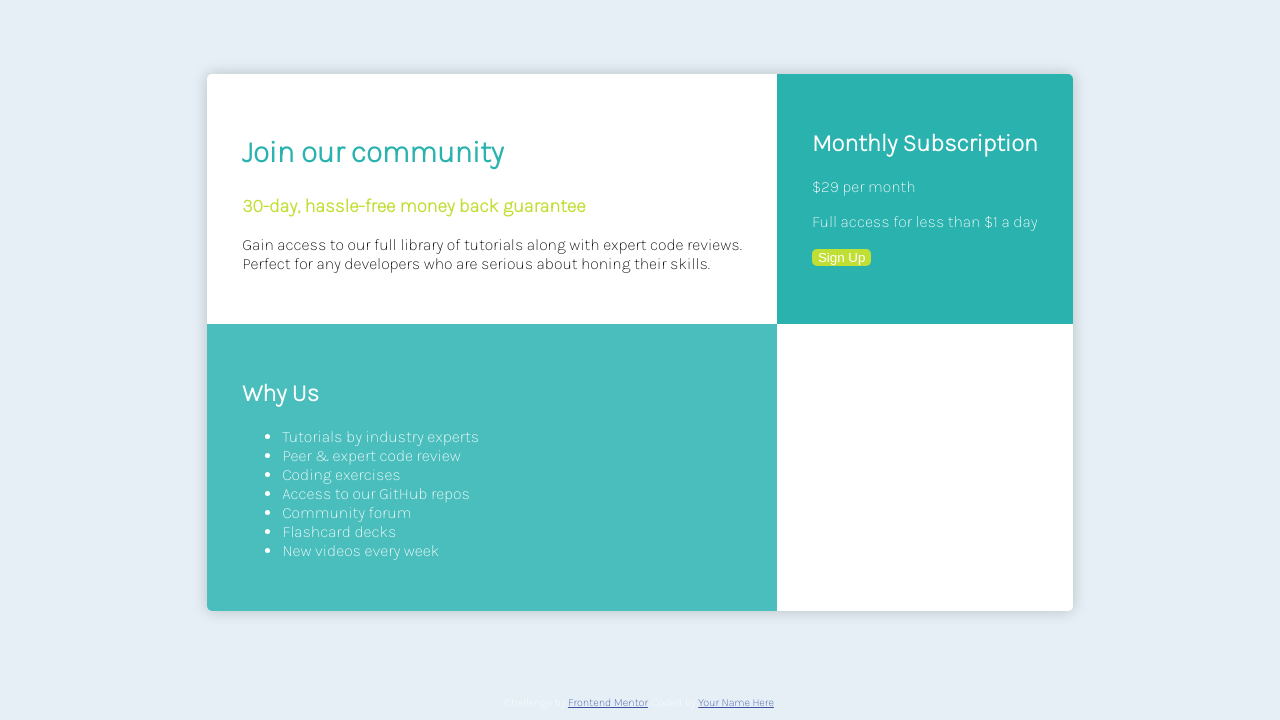
Repository: jminervino/PriceGridComponent
Page: index.html
An editor plug-in stored every save of this project. The page is shown before and after a run of saves, followed by the edit.
The browser window is 1280 px wide. The pictures show the whole page.

Above is the page before, as saved 2022-02-08 13:39:20.

After the next 2 saves:
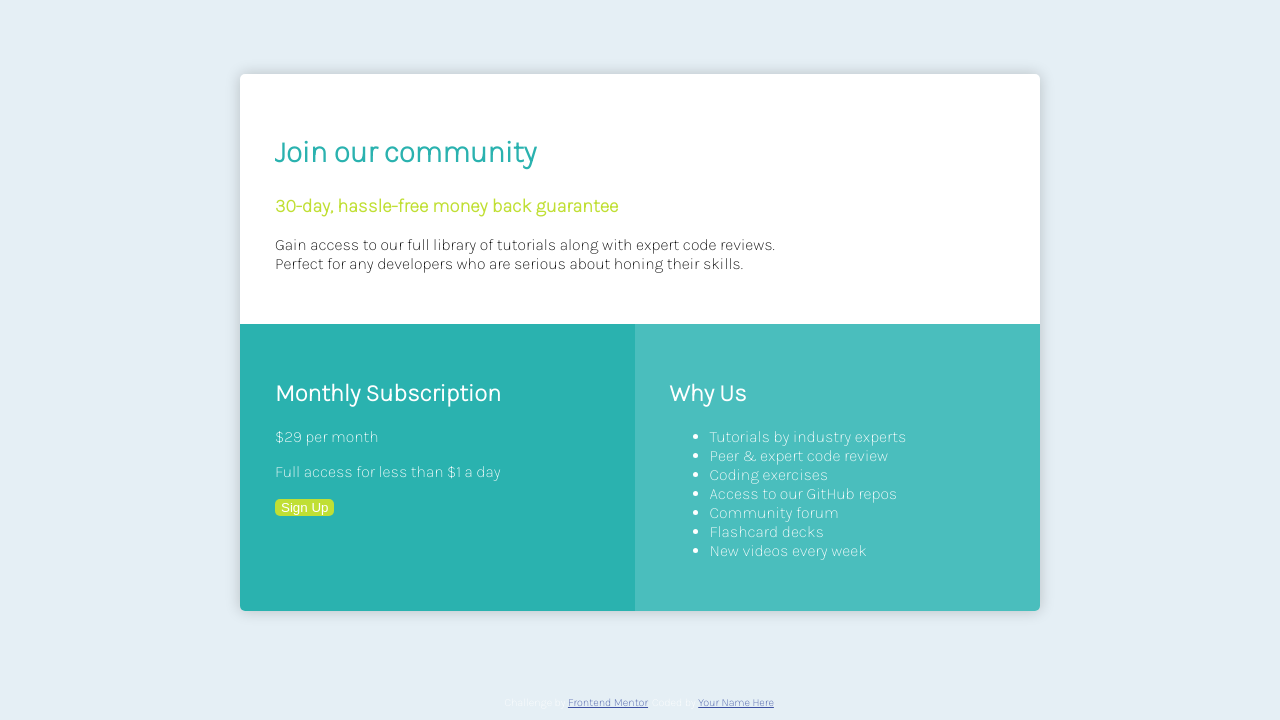
The 2 saves are shown as one change because they came seconds apart.
The last was saved 25 s later.
--- a/style.css
+++ b/style.css
@@ -44,7 +44,7 @@ p {
 
 .box-one {
     color: black;
-    grid-column: ;
+    grid-column: 1/3;
 }
 
 .box-one h2 {
